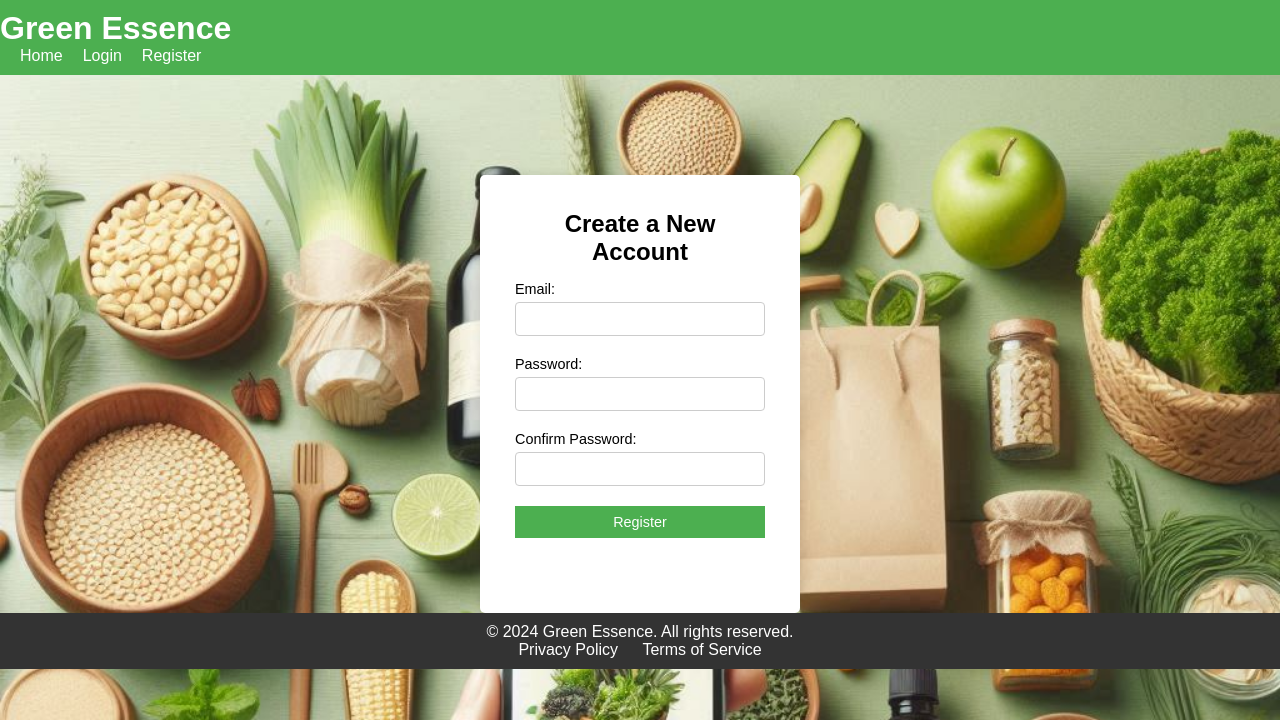
Repository: niki3210/Sahyadri
Page: Projectorganic/Register.html
An editor plug-in stored every save of this project. The page is shown before and after the next save, followed by the edit.
The browser window is 1280 px wide. The pictures show the whole page.

Above is the page before, as saved 2024-06-21 14:35:48.
Not found: Projectorganic/script.js

After the next save:
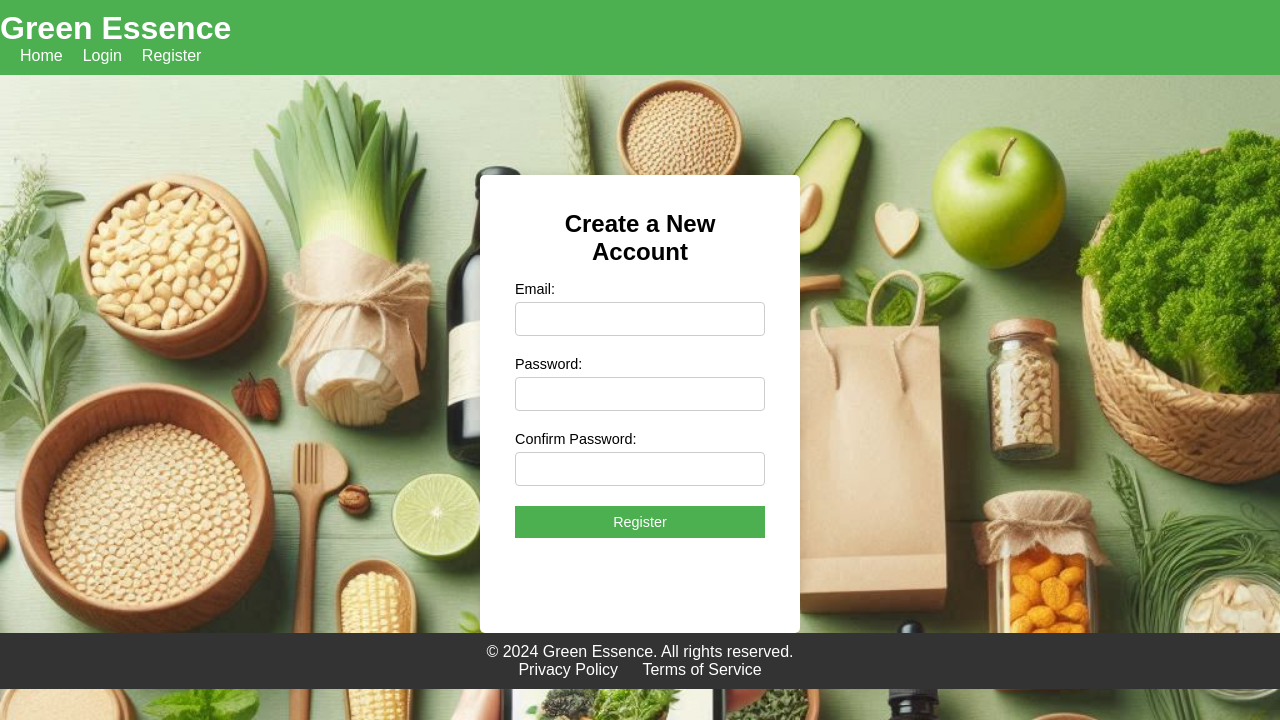
Saved 24 s later.
--- a/Projectorganic/styles.css
+++ b/Projectorganic/styles.css
@@ -138,7 +138,7 @@ body {
 
 .login-form, .register-form {
     padding: 15px;
-    margin-bottom: 40px;
+    margin-bottom: 60px;
 }
 
 .login-form h2, .register-form h2 {
